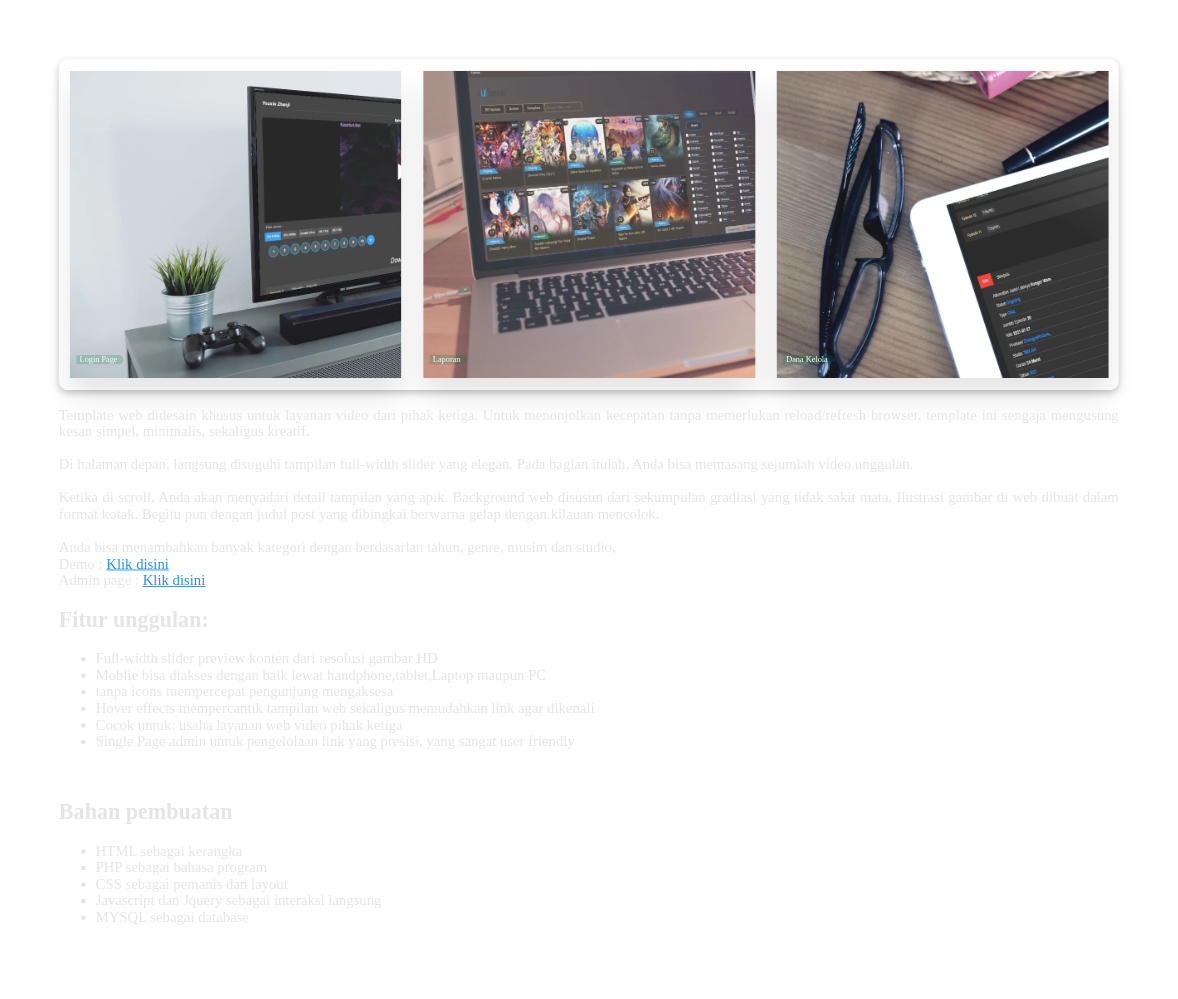
Repository: yusup-maulana/yusup-maulana.github.io
Page: portofolio-webanime.html
The author's editor kept a copy of each file at every save. The page is drawn from the files as they stood at one save, then again after the next save.
The browser window is 1280 px wide. The pictures show the whole page, at 92% of full size.
Some web fonts or font styles are not loaded; a fallback is used.

Above is the page before, as saved 2023-10-06 21:44:30.

### portofolio-webanime.html
<style type="text/css">
  @import url("https://fonts.googleapis.com/css?family=Baloo+Chettan+2&display=swap");

  .body2::-webkit-scrollbar {
    width: 0.5em;
  }

  .body2::-webkit-scrollbar-track {
    box-shadow: inset 0 0 6px rgb(167 167 167 / 41%);
    background-color: #061e29;
  }

  .body2::-webkit-scrollbar-thumb {
    background-color: #00f1ffab;
  }

  .body2 {
    font-family: "Baloo Chettan 2";
    color: #e5e5e5;
    margin: 2%;
    text-align: justify;
    padding: 3%;
  }

  .body2 a {
    color: dodgerblue;
  }

  /* table wisata ...................*/
  .twisata {
  }

  .twisata tr {
    background: linear-gradient(90deg, #1193a1, transparent);
    color: white;
    font-weight: 900;
    border: 3px solid #ffffff;
  }

  .twisata tr td {
  }

  .twisata tr td span {
    background: #bdffda;
    font-weight: 900;
    padding: 1px 6px;
    border-radius: 5px;
    color: #08102b;
  }

  /* wisata-container ...................*/
  .container-wisata {
    box-shadow: rgb(0 0 0 / 24%) 0px 3px 8px;
    display: flex;
    width: 100%;
    padding: 1% 0%;
    box-sizing: border-box;
    height: 50vh;
    border-radius: 10px;
  }

  .boxwisata {
    flex: 1;
    overflow: hidden;
    transition: 0.5s;
    margin: 1px 1%;
    box-shadow: 0 20px 30px rgba(0, 0, 0, 0.1);
    line-height: 0;
  }

  .boxwisata > img {
    width: 200%;
    height: calc(100% - 10vh);
    object-fit: cover;
    transition: 0.5s;
    height: 100% !important;
  }

  .boxwisata > span {
    position: relative;
    left: 7px;
    font-size: xx-small;
    color: #f5fff7 !important;
    bottom: 20px;
    white-space: nowrap;
    background-color: rgb(1 118 74 / 20%);
    padding: 0 6px 0 4px;
    border-radius: 0 10px 10px 0;
  }

  .boxwisata:hover {
    flex: 1 1 50%;
  }

  .boxwisata:hover > img {
    width: 100%;
    height: 100%;
  }

  .btn-portofolio {
    display: flex;
    align-items: center;
    justify-content: center;
    gap: 10px;
    font-family: inherit;
    font-size: 13px;
    font-weight: 500;
    text-transform: uppercase;
    letter-spacing: 0.4px;
    color: #7e97b8;
    background-color: #e0e8ef;
    border-style: solid;
    border-width: 2px 2px 2px 2px;
    border-color: rgba(255, 255, 255, 0.333);
    border-radius: 40px 40px 40px 40px;
    padding: 16px 24px 16px 28px;
    transform: translate(0px, 0px) rotate(0deg);
    transition: 0.2s;
    box-shadow: -4px -2px 16px 0px #ffffff,
      4px 2px 16px 0px rgb(95 157 231 / 48%);
  }

  .btn-portofolio:hover {
    color: #516d91;
    background-color: #e5edf5;
    box-shadow: -2px -1px 8px 0px #ffffff, 2px 1px 8px 0px rgb(95 157 231 / 48%);
  }

  .btn-portofolio:active {
    box-shadow: none;
  }
</style>
<div class="container-wisata">
  <div class="boxwisata">
    <img alt="Curug Cipalasari" src="IMG/websiteanime/webanime1.webp" />
    <span>Login Page</span>
  </div>
  <div class="boxwisata">
    <img alt="Curug Cipalasari" src="IMG/websiteanime/webanime2.webp" />
    <span>Laporan</span>
  </div>
  <div class="boxwisata">
    <img alt="Curug Cipalasari" src="IMG/websiteanime/webanime3.webp" />
    <span>Dana Kelola</span>
  </div>
</div>
<br />

<body class="body2">
  Template web didesain khusus untuk layanan video dari pihak ketiga. Untuk
  menonjolkan kecepatan tanpa memerlukan reload/refresh browser, template ini
  sengaja mengusung kesan simpel, minimalis, sekaligus kreatif. <br /><br />
  Di halaman depan, langsung disuguhi tampilan full-width slider yang elegan.
  Pada bagian itulah, Anda bisa memasang sejumlah video unggulan.
  <br /><br />
  Ketika di scroll, Anda akan menyadari detail tampilan yang apik. Background
  web disusun dari sekumpulan gradiasi yang tidak sakit mata. Ilustrasi gambar
  di web dibuat dalam format kotak. Begitu pun dengan judul post yang dibingkai
  berwarna gelap dengan kilauan mencolok.
  <br /><br />
  Anda bisa menambahkan banyak kategori dengan berdasarlan tahun, genre, musim
  dan studio, <br />
  Demo :
  <a target="_blank" href="https://maulanaproject1.000webhostapp.com/"
    >Klik disini</a
  ><br />
  Admin page :
  <a
    target="_blank"
    href="https://maulanaproject1.000webhostapp.com/anime/admin_utama.php"
    >Klik disini</a
  ><br />
  <h2>Fitur unggulan:</h2>
  <ul>
    <li>Full-width slider preview konten dari resolusi gambar HD</li>
    <li>
      Moblie bisa diakses dengan baik lewat handphone,tablet,Laptop maupun PC
    </li>
    <li>tanpa icons mempercepat pengunjung mengaksesa</li>
    <li>
      Hover effects mempercantik tampilan web sekaligus memudahkan link agar
      dikenali
    </li>
    <li>Cocok untuk: usaha layanan web video pihak ketiga</li>
    <li>
      Single Page admin untuk pengelolaan link yang presisi, yang sangat user
      friendly
    </li>
  </ul>
  <br />
  <h2>Bahan pembuatan</h2>
  <ul>
    <li>HTML sebagai kerangka</li>
    <li>PHP sebagai bahasa program</li>
    <li>CSS sebagai pemanis dan layout</li>
    <li>Javascript dan Jquery sebagai interaksi langsung</li>
    <li>MYSQL sebagai database</li>
  </ul>
</body>

After the next save:
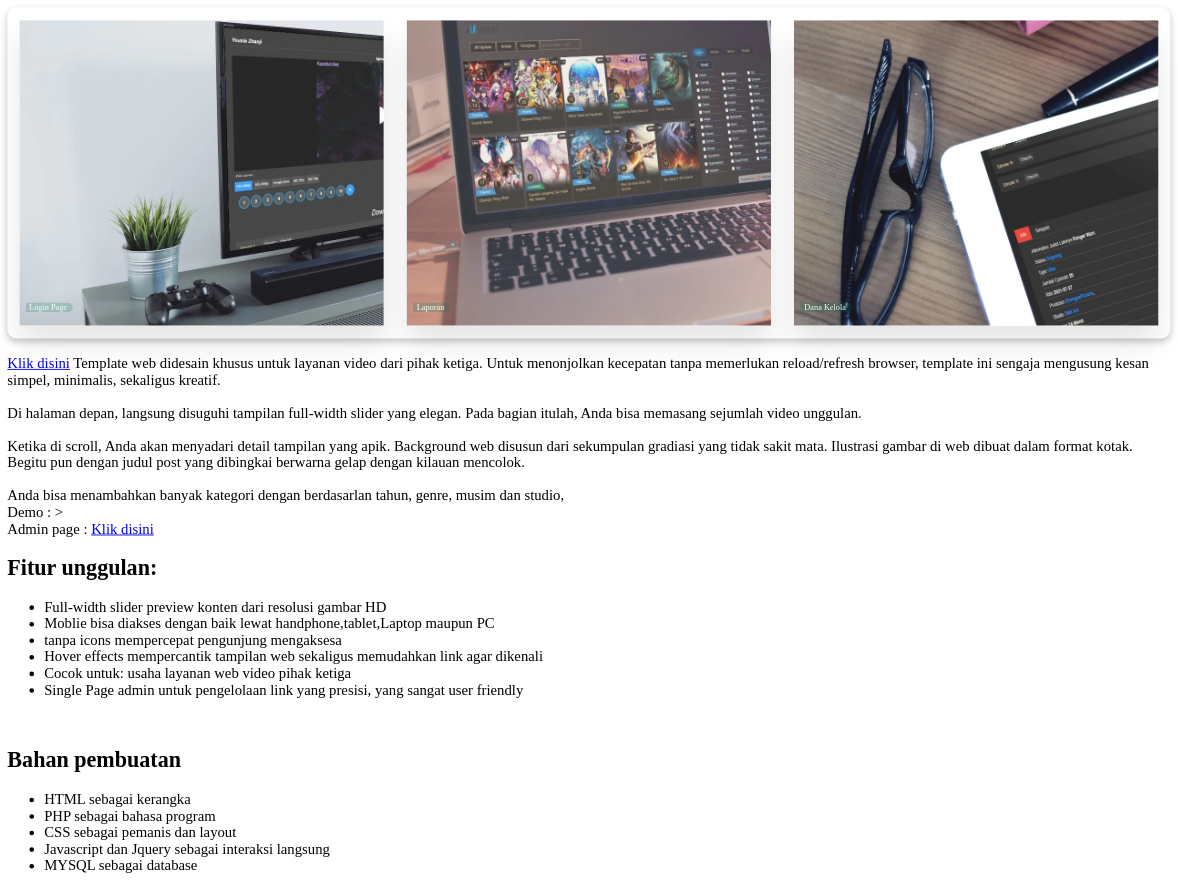
Saved 27 s later.
--- a/portofolio-webanime.html
+++ b/portofolio-webanime.html
@@ -146,7 +146,12 @@
 </div>
 <br />
 
+<a target="_blank" href="https://maulanaproject1.000webhostapp.com/"
+>Klik disini</a
+
 <body class="body2">
+
+
   Template web didesain khusus untuk layanan video dari pihak ketiga. Untuk
   menonjolkan kecepatan tanpa memerlukan reload/refresh browser, template ini
   sengaja mengusung kesan simpel, minimalis, sekaligus kreatif. <br /><br />
@@ -161,8 +166,7 @@
   Anda bisa menambahkan banyak kategori dengan berdasarlan tahun, genre, musim
   dan studio, <br />
   Demo :
-  <a target="_blank" href="https://maulanaproject1.000webhostapp.com/"
-    >Klik disini</a
+
   ><br />
   Admin page :
   <a
